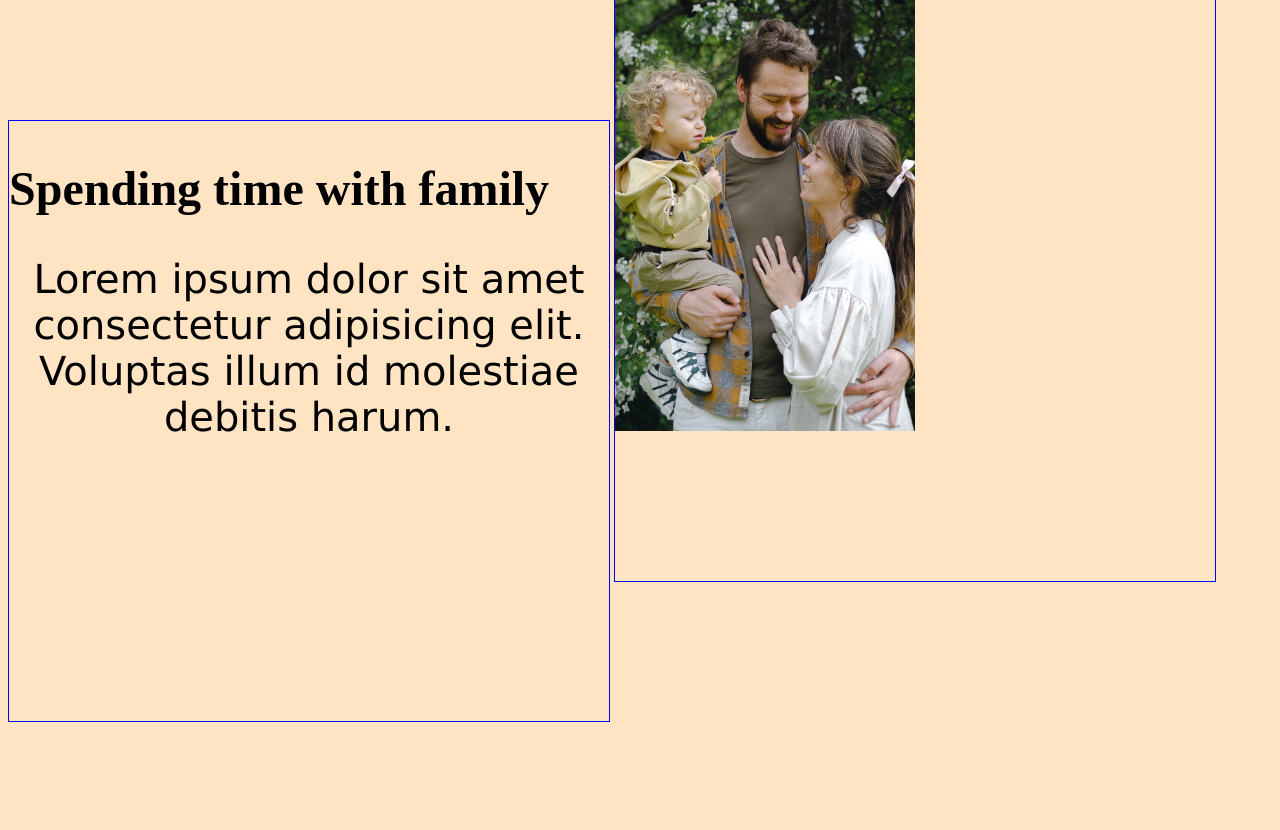
Repository: TheTroyPhillips/Personal-website
Page: about.html
The author's editor kept a copy of each file at every save. The page is drawn from the files as they stood at one save, then again after the next save.
The browser window is 1280 px wide. The pictures show the part of the page from y = 1118 to 2048 px (the page is 1948 px tall before and 2048 px after).
A picture or video elsewhere on the page could not be fetched, so the positions and the page height are approximate.

Above is the page before, as saved 2023-09-10 23:13:21.

### about.html
<!DOCTYPE html>
<html lang="en">
<head>
    <meta charset="UTF-8">
    <meta name="viewport" content="width=device-width, initial-scale=1.0">
    <title>Document</title>
    <link rel="stylesheet" href="style.css">
</head>
<body>
    <div class="parent">
        <div class="child">
            <span class="myname">Troy Phillips</span>
        <nav class="pages">
            <a class="active" href="/">HOME</a>
            <a href="/about.html">ABOUT</a>
            <a href="/portfolio.html">PORTFOLIO</a>
        </div>
        <h1 class="about">When i am away from the keyboard these are
            a few things i do to enjoy life to the fullest.</h1>\
     <div class="parentone">
        <div class="childb">
            <section>
                <h2>Golfing</h2>
                <p class="pa">Lorem ipsum dolor sit amet, consectetur adipisicing elit. Excepturi facere
                     temporibus,corporis quia, at facilis a molestiae, reprehenderit quod
                      distinctio quae in quam vitae earum ut nemo eligendi! Corporis, omnis.</p>
         </div>
         <div class="childb">
            <img src="pexels-ashford-marx-6501725.jpg" alt="">
        </div>
    </div>
    </div>
         <div class="childb1">
            <section>
                <h2>Spending time with family</h2>
                <p class="pa">Lorem ipsum dolor sit amet consectetur adipisicing elit.
                     Voluptas illum id molestiae debitis harum.</p>
            </section>
         </div>
         <div class="childb1">
           <img src="pexels-anna-shvets-4586683.jpg" alt="">
        </div>
</body>
</html>

### style.css
.child{
    width: 100%;
    height: 60px;
    border: 1px solid blue;
    display: inline-block;
    box-sizing: border-box;
    background-color: aqua;
    padding: 10px;
}
.childb{
    width: 600px;
    height: 600px;
    border: 1px solid blue;
    display: inline-block;
    margin-top: 1px;
    border-left: 15%;
    margin
}
.myname{
    float: left;
    font-size: 2rem;
}
.pages{
    float: right;
    font-size: 2rem;
}
.pages a.active{
    color: inherit;
}
.pages a{
    color: inherit;
}
body{
    background-color: bisque;
}
main{
    text-align: center;
    margin-left: 5%;
    margin-right: 5%;
    font-size: 1.8rem;
}
p{
    text-align: center;
    font-size: 2.5rem;
    font-family: Verdana, Geneva, Tahoma, sans-serif;
    margin: 130px;
}
.pa{
    margin: 10px;
}
h2{
    font-size: 3rem;
}
.childc{
    width: 70%;
    height: 600px;
    border: 1px solid blue;
    margin-left: 15%;
}
.two{
    font-size: 2.2rem;
}
.extra{
    font-size: 1.8rem;
    margin-top: 10px;
    text-align: left;
    margin-left: 10px;
}
img{
    width: 300px;
}
.childb1{
    width: 600px;
    height: 600px;
    border: 1px solid blue;
    display: inline-block;
    border-left: 15%;
    margin-bottom: 100px;
}
.parentone{
    margin-top: 10px;

}

After the next save:
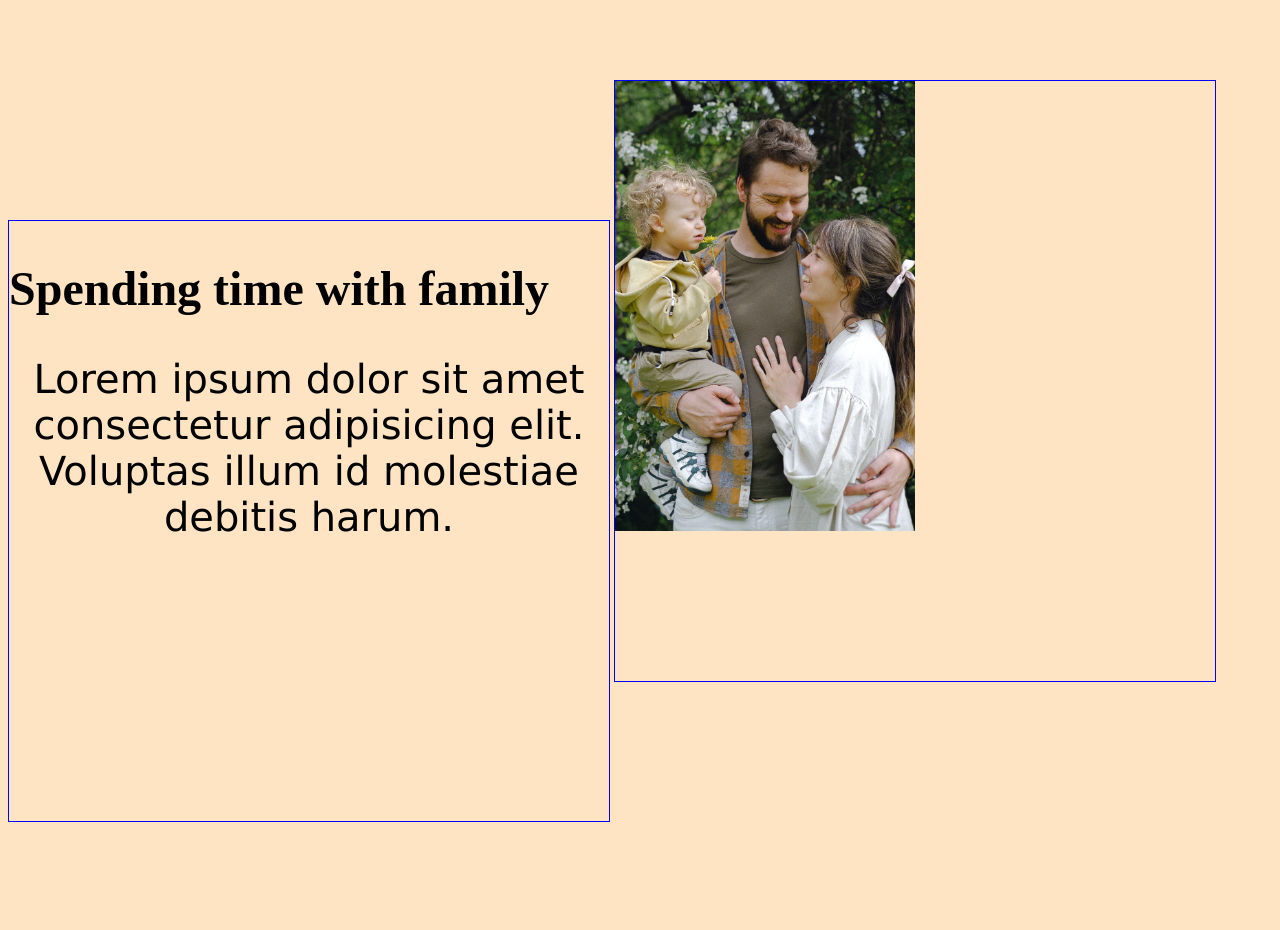
Saved 4 s later.
--- a/style.css
+++ b/style.css
@@ -14,7 +14,7 @@
     display: inline-block;
     margin-top: 1px;
     border-left: 15%;
-    margin
+    margin-bottom: 100px;
 }
 .myname{
     float: left;

After the save that followed:
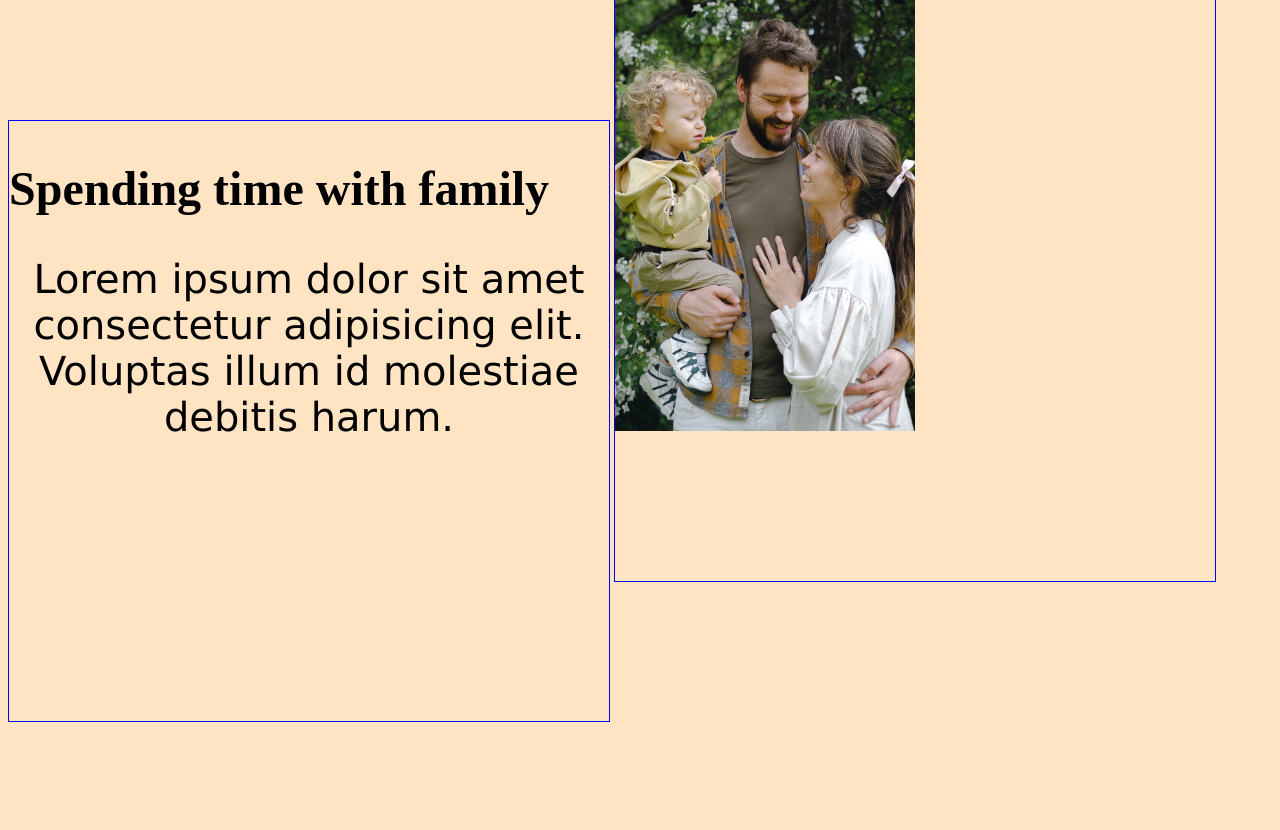
Saved 28 s later.
--- a/style.css
+++ b/style.css
@@ -14,7 +14,6 @@
     display: inline-block;
     margin-top: 1px;
     border-left: 15%;
-    margin-bottom: 100px;
 }
 .myname{
     float: left;
